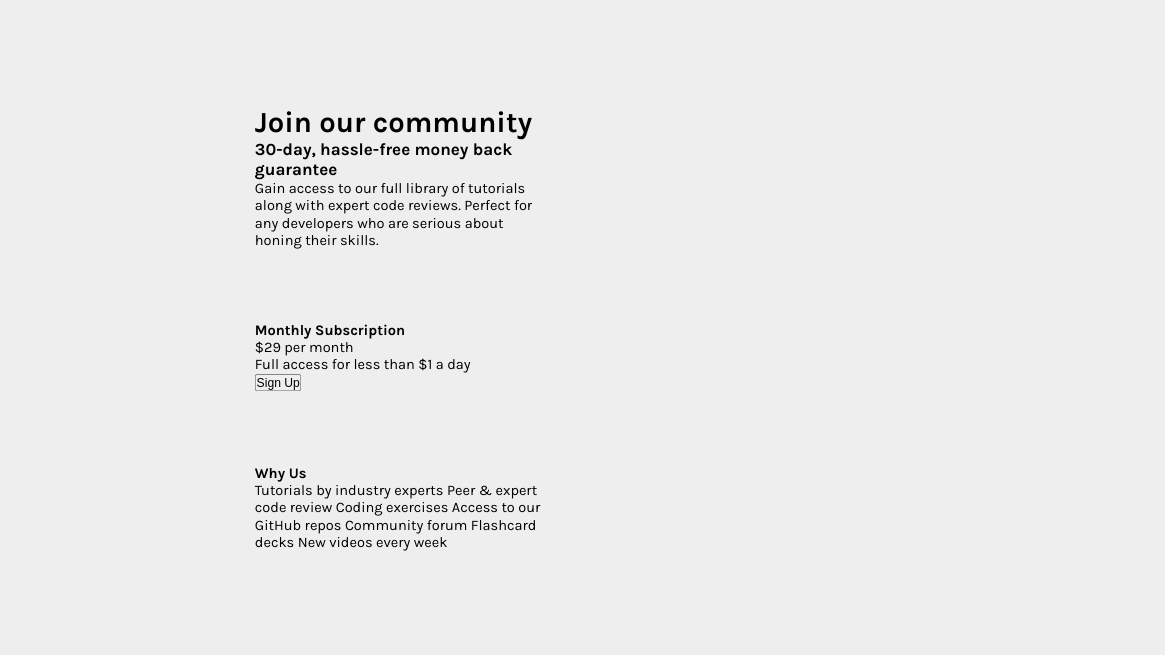
Repository: Akashiii1/WebSingleGrid_Day3
Page: index.html
The author's editor kept a copy of each file at every save. The page is drawn from the files as they stood at one save, then again after the next save.
The browser window is 1280 px wide. The pictures show the whole page, at 91% of full size.

Above is the page before, as saved 2021-12-22 00:57:56.

### index.html
<!DOCTYPE html>
<html lang="en">
  <head>
    <meta charset="UTF-8" />
    <meta name="viewport" content="width=device-width, initial-scale=1.0" />
    <!-- displays site properly based on user's device -->

    <link
      rel="icon"
      type="image/png"
      sizes="32x32"
      href="./images/favicon-32x32.png"
    />

    <title>Frontend Mentor | Single Price Grid Component</title>

    <!-- Feel free to remove these styles or customise in your own stylesheet 👍 -->
    <link rel="stylesheet" href="style.css" />
    <style>
      .attribution {
        font-size: 11px;
        text-align: center;
      }
      .attribution a {
        color: hsl(228, 45%, 44%);
      }
    </style>
  </head>
  <body>
    <!-- Join our community

  30-day, hassle-free money back guarantee

  Gain access to our full library of tutorials along with expert code reviews.
  Perfect for any developers who are serious about honing their skills.

  Monthly Subscription

  &dollar;29 per month

  Full access for less than &dollar;1 a day

  Sign Up

  Why Us

  Tutorials by industry experts
  Peer &amp; expert code review
  Coding exercises
  Access to our GitHub repos
  Community forum
  Flashcard decks
  New videos every week -->
    <div class="wrapper">
      <div class="container">
        <div class="box">
          <h1>Join our community</h1>
          <h3>30-day, hassle-free money back guarantee</h3>
          <p>
            Gain access to our full library of tutorials along with expert code
            reviews. Perfect for any developers who are serious about honing
            their skills.
          </p>
        </div>
        <div class="box">
          <h4>Monthly Subscription</h4>
          <span>&dollar;29 per month</span>
          <p>Full access for less than &dollar;1 a day</p>
          <button class="btn">Sign Up</button>
        </div>
        <div class="box">
          <h4>Why Us</h4>
          <p>
            Tutorials by industry experts Peer &amp; expert code review Coding
            exercises Access to our GitHub repos Community forum Flashcard decks
            New videos every week
          </p>
        </div>
      </div>
    </div>
    <!-- <footer>
    <p class="attribution">
      Challenge by <a href="https://www.frontendmentor.io?ref=challenge" target="_blank">Frontend Mentor</a>.
      Coded by <a href="#">Your Name Here</a>.
    </p>
  </footer> -->
  </body>
</html>

### style.css

@import url('https://fonts.googleapis.com/css2?family=Karla:wght@400;700&display=swap');
:root{
  --Cyan: hsl(179, 62%, 43%);
 --BrightYellow: hsl(71, 73%, 54%);
 --LightGray: hsl(204, 43%, 93%);
 --GrayishBlue: hsl(218, 22%, 67%);
}
html {
box-sizing: border-box;
}
*{
margin: 0;
padding: 0;
}
*,*:before,*:after {
box-sizing: border-box;
}
input,
textarea,
select,
button{
outline: none;
}
input{
line-height: normal;
}
label,
button{
cursor: pointer;
}
a {
text-decoration: none;
}
img {
display: block;
max-width: 100%;
}
body{
  font-family: 'Karla', sans-serif;
  display: flex;
  justify-content: center;
  align-items: center;
  min-height: 100vh;
  background-color: #eee;
}
.wrapper{
  max-width: 800px;
  display: grid;
  grid-template-columns:1fr 1fr;
  grid-gap: ;
}
.box{
  padding: 40px;
}

After the next save:
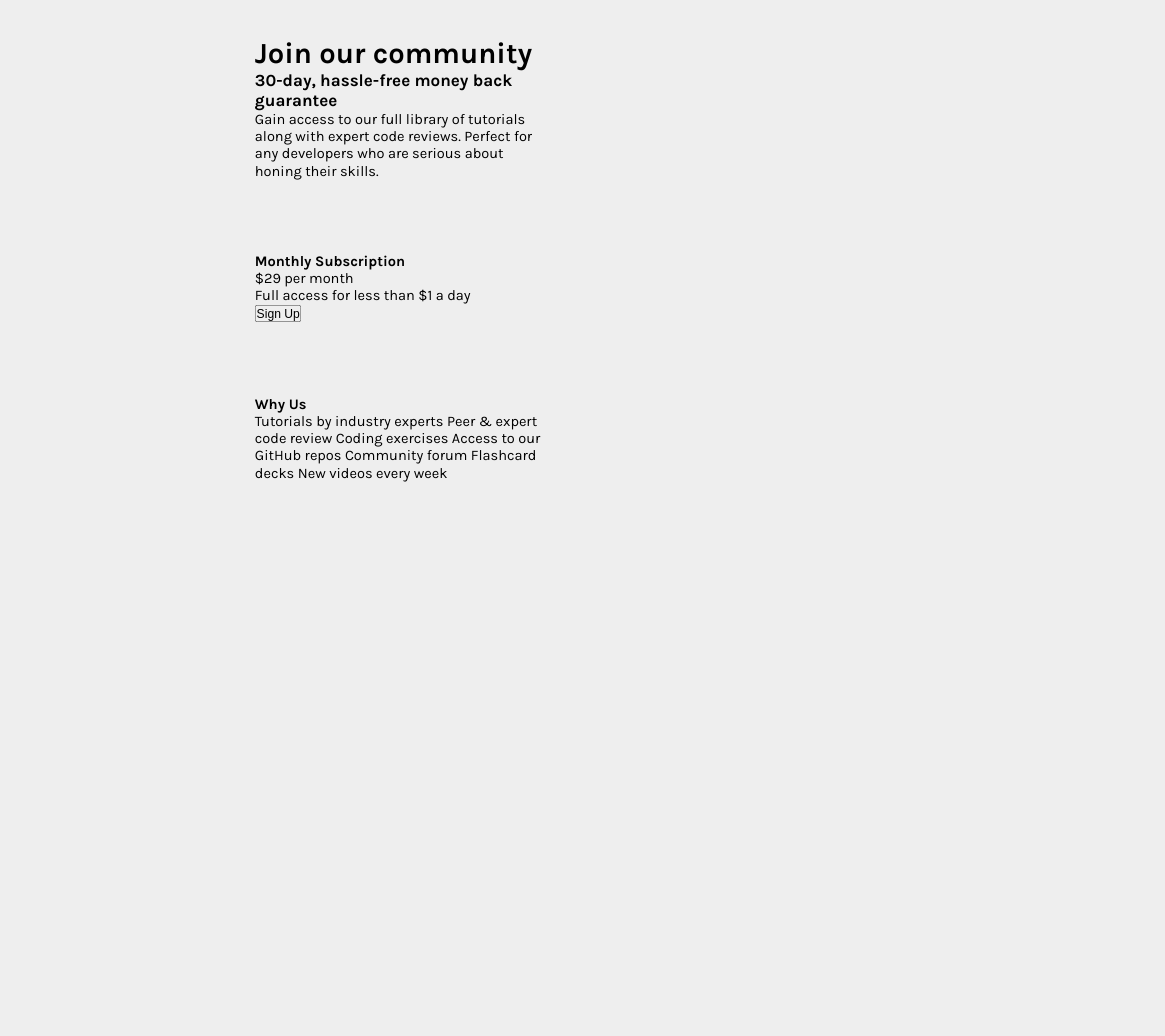
Saved 10 s later.
--- a/style.css
+++ b/style.css
@@ -48,6 +48,7 @@ body{
   max-width: 800px;
   display: grid;
   grid-template-columns:1fr 1fr;
+  grid-template-rows: 1fr 1fr;
   grid-gap: ;
 }
 .box{
